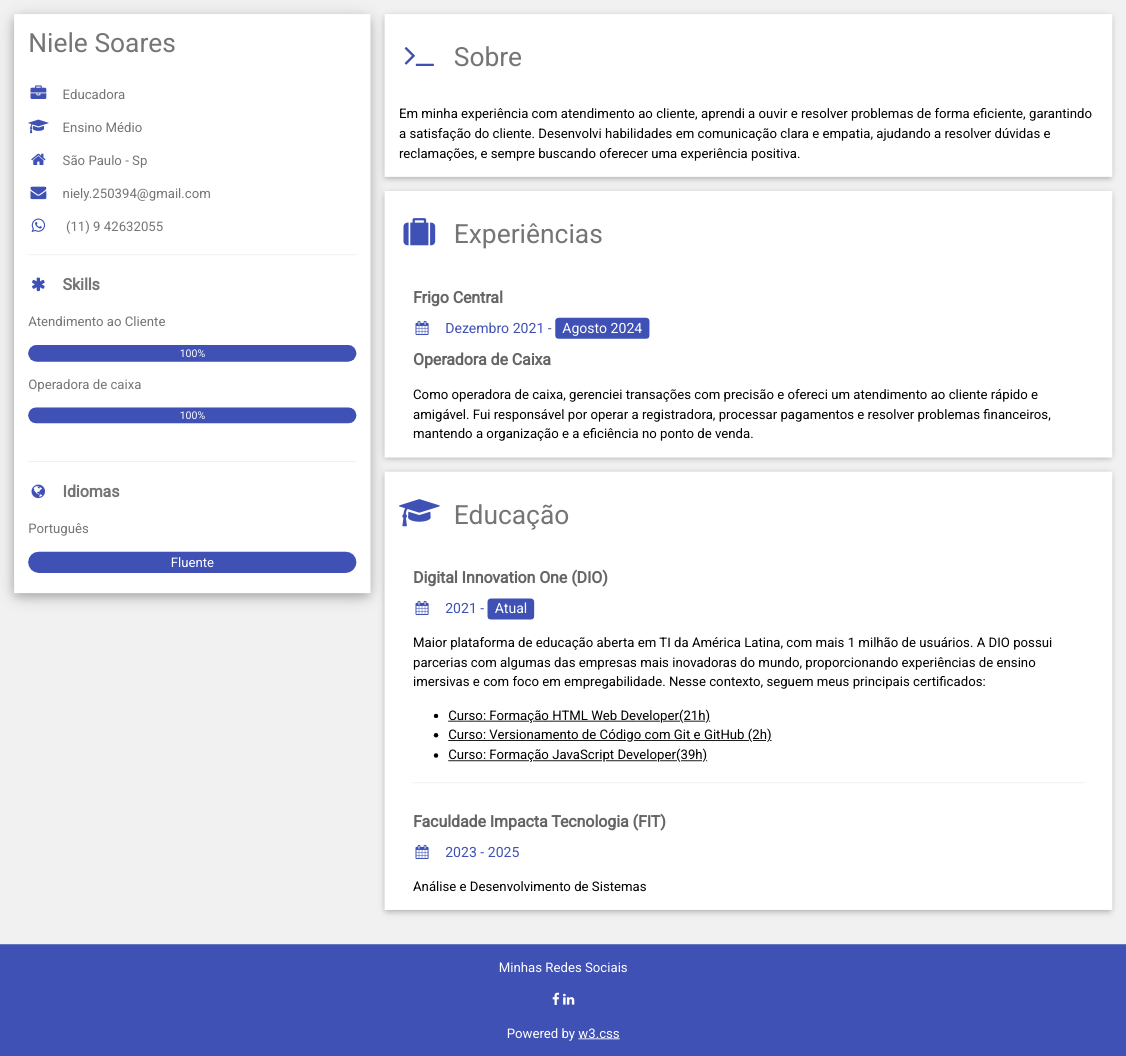
Repository: gustavotwist/cv2
Page: index.html
An editor plug-in stored every save of this project. The page is shown before and after a run of saves, followed by the edit.
The browser window is 1280 px wide. The pictures show the whole page, at 88% of full size.

Above is the page before, as saved 2024-08-23 18:08:20.

After the next 2 saves:
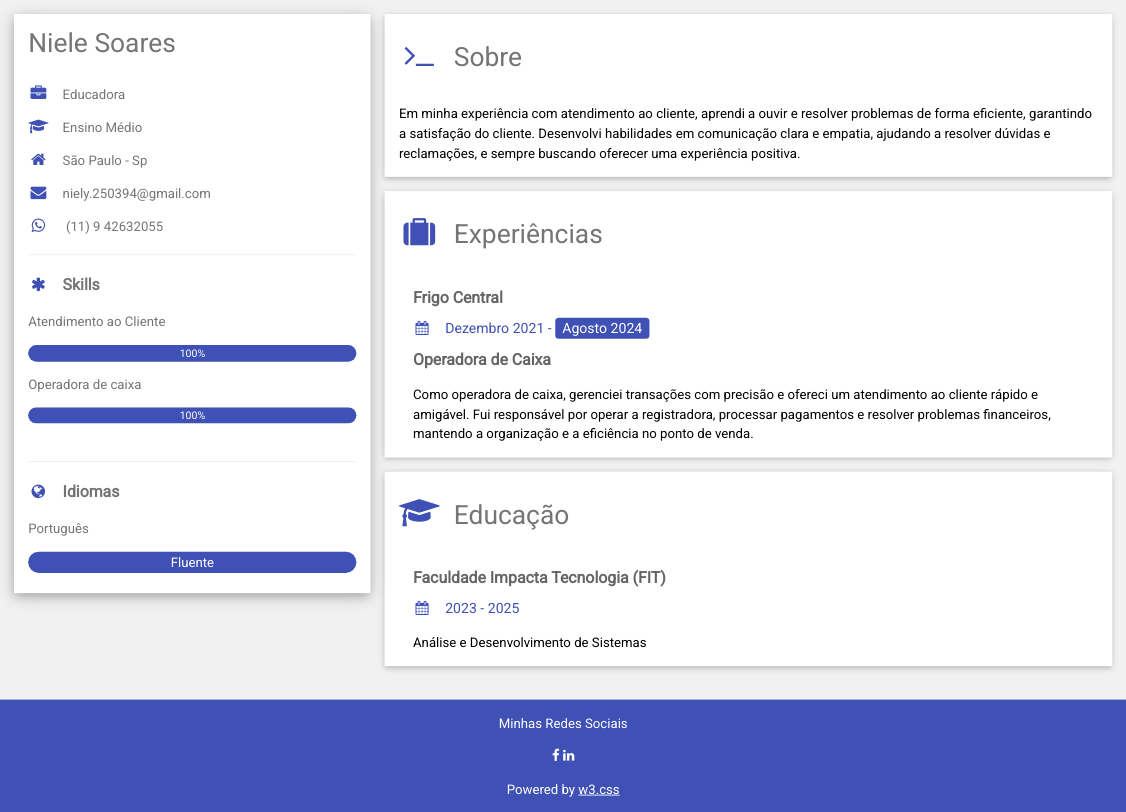
The 2 saves are shown as one change because they came seconds apart.
The last was saved 2 min 6 s later.
--- a/index.html
+++ b/index.html
@@ -98,21 +98,6 @@
               <i class="fa fa-graduation-cap fa-fw w3-margin-right w3-xxlarge w3-text-indigo"></i>Educação
             </h2>
             <div class="w3-container">
-              <h5 class="w3-opacity"><b>Digital Innovation One (DIO)</b></h5>
-              <h6 class="w3-text-indigo"><i class="fa fa-calendar fa-fw w3-margin-right"></i>2021 - <span class="w3-tag w3-indigo w3-round">Atual</span></h6>
-              <p>
-                Maior plataforma de educação aberta em TI da América Latina, com mais 1 milhão de usuários.
-                A DIO possui parcerias com algumas das empresas mais inovadoras do mundo, proporcionando experiências
-                de ensino imersivas e com foco em empregabilidade. Nesse contexto, seguem meus principais certificados:
-              </p>
-              <ul>
-                <li><a href="https://www.dio.me/certificate/VDSNYTO5" target="_blank">Curso: Formação HTML Web Developer(21h)</a></li>
-                <li><a href="https://www.dio.me/certificate/EA66CA6A" target="_blank">Curso: Versionamento de Código com Git e GitHub (2h)</a></li>
-                <li><a href="https://www.dio.me/certificate/OST0WIWG" target="_blank">Curso: Formação JavaScript Developer(39h)</a></li>
-              </ul>
-              <hr>
-            </div>
-            <div class="w3-container">
               <h5 class="w3-opacity"><b>Faculdade Impacta Tecnologia (FIT)</b></h5>
               <h6 class="w3-text-indigo"><i class="fa fa-calendar fa-fw w3-margin-right"></i>2023 - 2025</h6>
               <p>Análise e Desenvolvimento de Sistemas</p>
